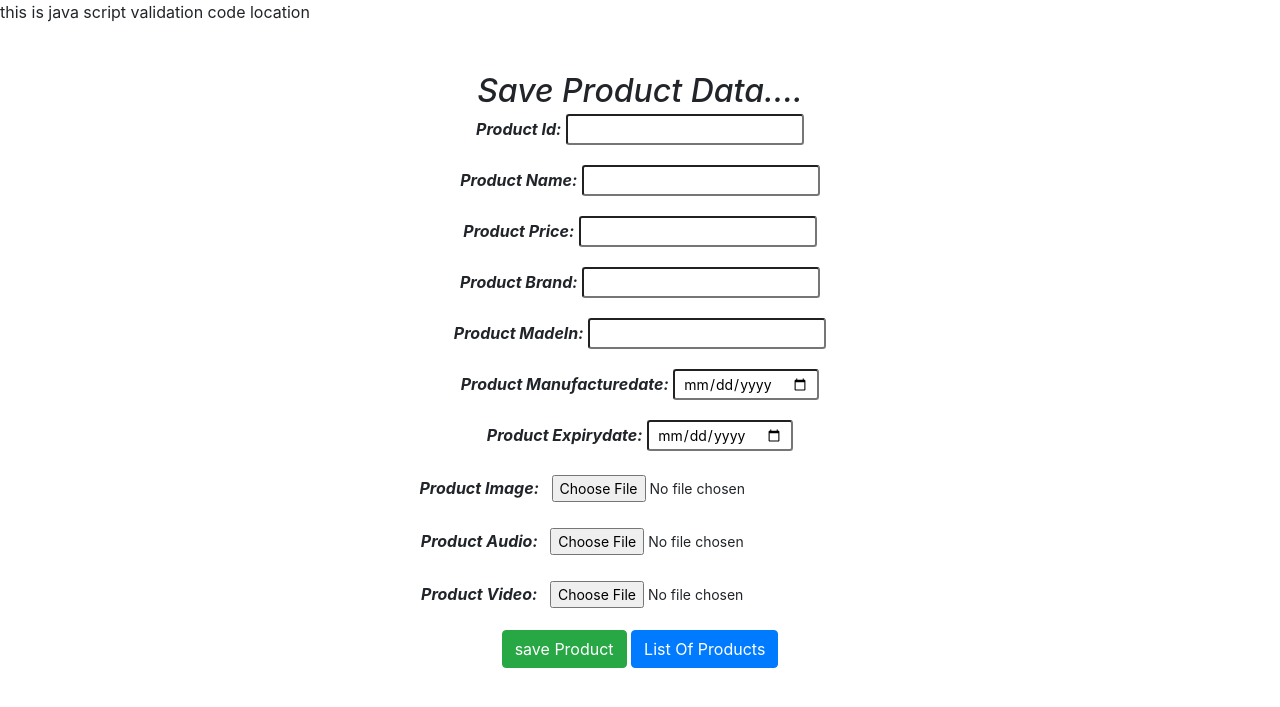
Repository: vyshali143/Advanced-java
Page: ProductApp/src/main/webapp/Product.html
These files come from the project's save history. The page is drawn as it stood at one moment and after the next save; the edit follows.
The browser window is 1280 px wide. The pictures show the whole page.

Above is the page before, as saved 2024-03-24 14:00:32.

After the next save:
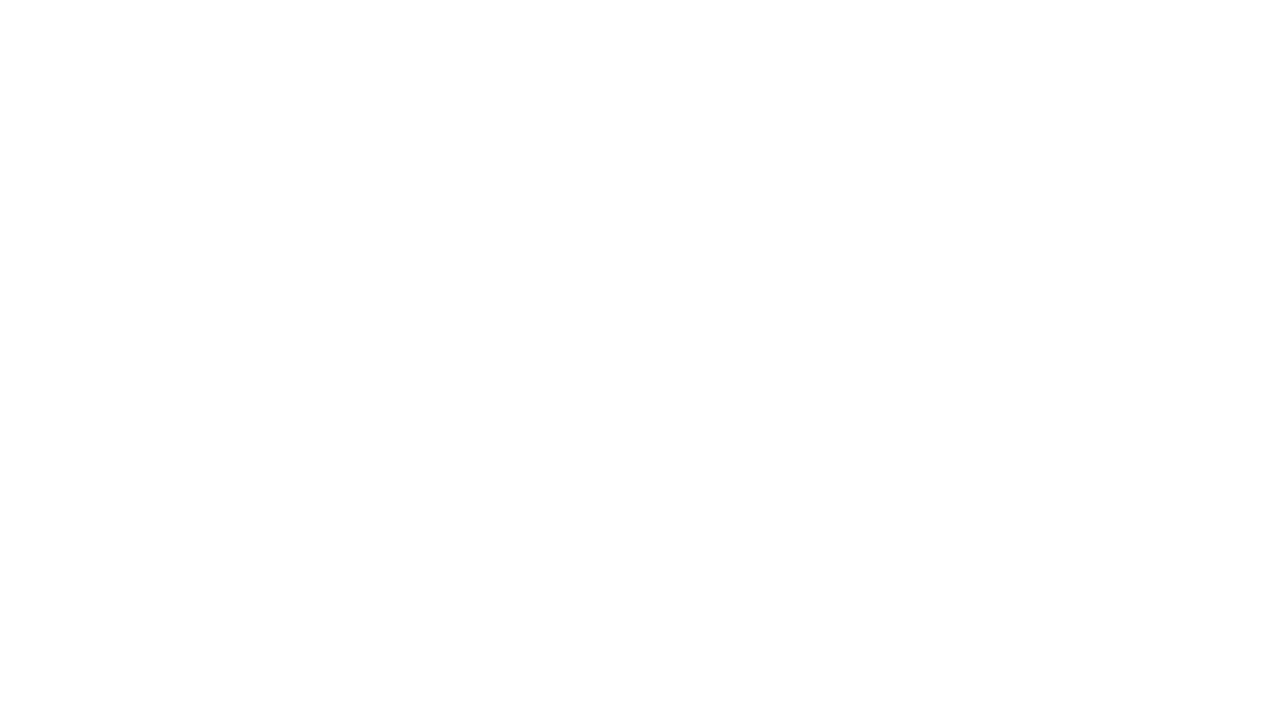
Saved 36 s later.
--- a/ProductApp/src/main/webapp/Product.html
+++ b/ProductApp/src/main/webapp/Product.html
@@ -3,7 +3,7 @@
 <title>Add Product...</title>
 <!-- bootstrap cdn linke to get the support  of bootstrap-->
 <link rel="stylesheet" href="https://stackpath.bootstrapcdn.com/bootstrap/4.5.1/css/bootstrap.min.css">
-this is java script validation code location
+<!--this is java script validation code location ==>
 <script src="formvalidation.js"></script>
 </head>
 <body>

After the save that followed:
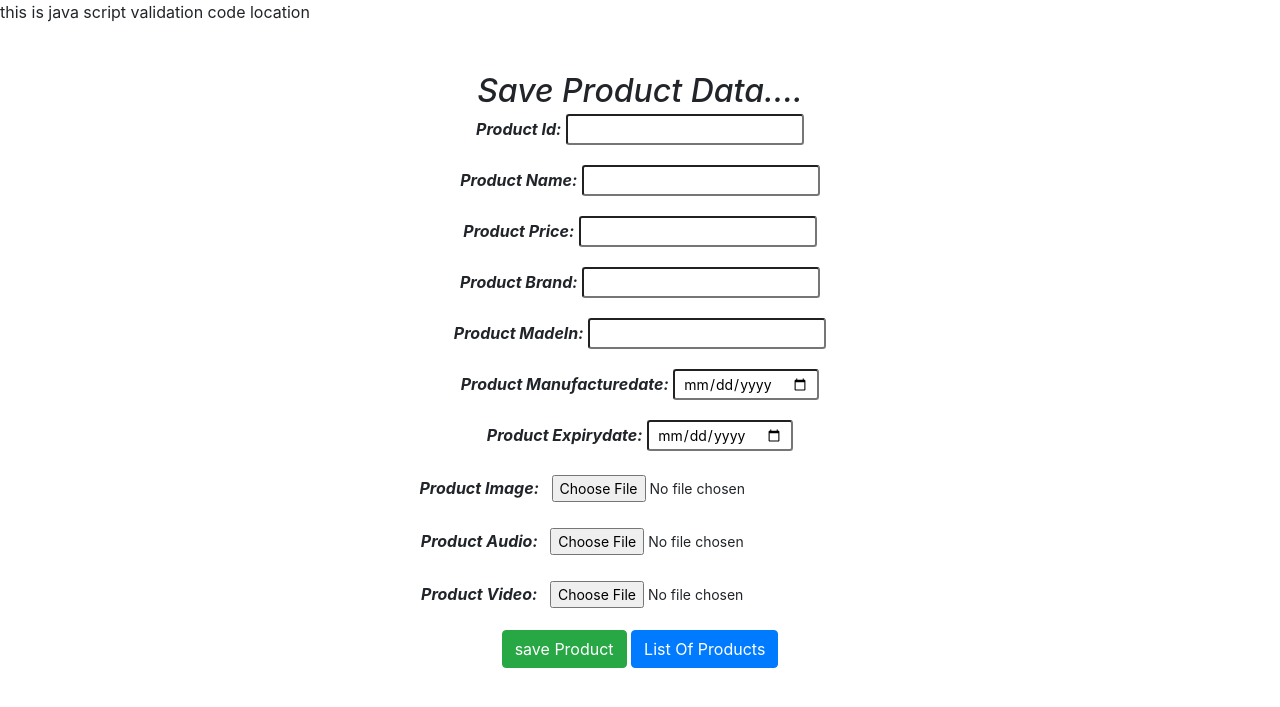
Saved 36 s later.
--- a/ProductApp/src/main/webapp/Product.html
+++ b/ProductApp/src/main/webapp/Product.html
@@ -3,7 +3,7 @@
 <title>Add Product...</title>
 <!-- bootstrap cdn linke to get the support  of bootstrap-->
 <link rel="stylesheet" href="https://stackpath.bootstrapcdn.com/bootstrap/4.5.1/css/bootstrap.min.css">
-<!--this is java script validation code location ==>
+this is java script validation code location
 <script src="formvalidation.js"></script>
 </head>
 <body>
